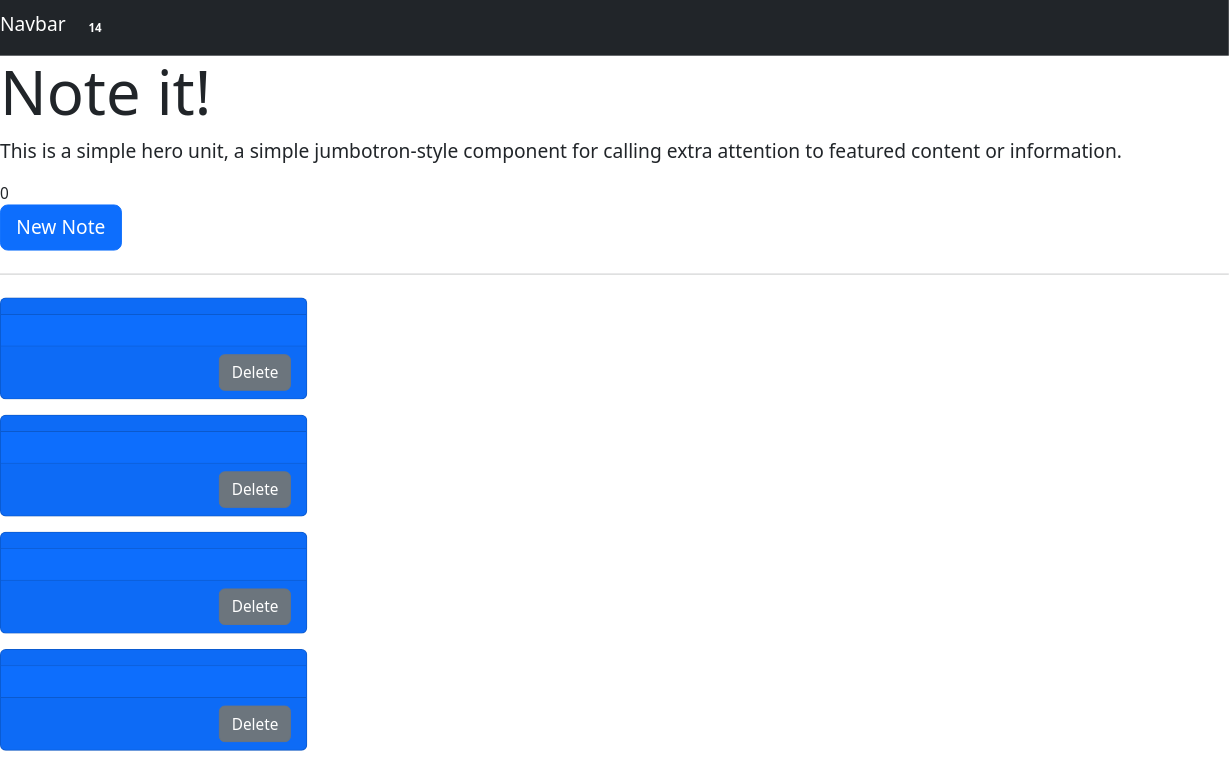
Repository: hasmelash/gitskill
Page: /
The author's editor kept a copy of each file at every save. The page is drawn from the files as they stood at one save, then again after the next save.
The browser window is 1280 px wide. The pictures show the whole page, at 96% of full size.
The project was rebuilt for these pictures with package versions that can differ from the ones it lists, and the page was loaded fresh each time. Also part of the build but not shown: src/App.css.

Above is the page before, as saved 2019-08-30 08:28:18.

### src/App.js
import React from 'react';
import './App.css';
import Navbar from './NavBarComponent/NavBarComponent';
import Notes from './NotesComponent/NotesComponent';
import 'bootstrap/dist/css/bootstrap.min.css';
import 'bootstrap/dist/js/bootstrap.bundle.min';

;class App extends React.Component {
  render(){
      return (
          <div>
            <Navbar fixed = "top"/>
            <Notes />
          </div>
      );
   }
}

export default App;

### src/NavBarComponent/NavBarComponent.js
import React from 'react';
import NoteCounter from '../NoteCounterComponent/NoteCounterComponent';
import 'bootstrap/dist/css/bootstrap.min.css';
import 'bootstrap/dist/js/bootstrap.bundle.min';
class Navbar extends React.Component{
    render(){
        return (
            <nav className="navbar navbar-expand-lg navbar-dark bg-dark">
                <h1 className="navbar-brand" >Navbar</h1>
                <NoteCounter className="container" style={{float: 'right'}}/>
            </nav>
        );
    }
}
export default Navbar;

### src/NotesComponent/NotesComponent.js

import React from 'react';
import 'bootstrap/dist/css/bootstrap.min.css';
import 'bootstrap/dist/js/bootstrap.bundle.min';
import Note from '../NoteComponent/NoteComponent';
class Notes extends React.Component{

    // constructor(props) {
    //     super(props);
    // };

    state = {
        count : 0,
        notes: [
            {title: "Work", note_description: "this is about work"},
            {title: "Sport", note_description: "this is about sport"},
            {title: "School", note_description: "this is about school"}
        ]
    };

    handleIncrement = () => {
        this.setState({ count: this.state.count + 1 })
      }

      handleDecrement = () => {
        this.setState({ count: this.state.count - 1 })
      }
    addNote(){

        this.state.notes.push({title: "School", note_description: "this is about school"});
    }

    removeNote(note){
        this.state.notes.pop(note);
        this.handleDecrement();
    }

    onAddNoteButtonClick = () =>{
        this.child.createNote();
    }
    // obButton(event){
    //     this.onAddNoteButtonClick();
    //     this.handleIncrement();
    // }

    listNotes(){

    }



    render(){
        return (

            <div className="jumbotron">

                <h1 className="display-3">Note it!</h1>
                <p className="lead">This is a simple hero unit, a simple jumbotron-style component for calling extra attention to featured content or information.</p>
                <div>
          {this.state.count}
        </div>
                <p className="lead">
                    <button className="btn btn-primary btn-lg" onClick={this.addNote}>New Note</button>
                </p>
                <hr className="my-4"/>
                <Note
                    ref={Ref => this.child=Ref } {...this.props}
                    addingNote={this.addNote}
                    removingNote={this.removeNote}
                    notes={this.state.notes}

                />
                <p >
                    {this.state.notes.map((note, index) => (
                    <Note key={index} item={note} />
                    ))}
                </p>
            </div>
        );
    }
}
export default Notes;

### src/NoteCounterComponent/NoteCounterComponent.js
import React from 'react';
import 'bootstrap/dist/css/bootstrap.min.css';
import 'bootstrap/dist/js/bootstrap.bundle.min';
function NoteCounter(props){

        return (
                    <span className="badge badge-primary badge-pill">14</span>
        );

}
export default NoteCounter;

### src/NoteComponent/NoteComponent.js

import React from 'react';
import 'bootstrap/dist/css/bootstrap.min.css';
import 'bootstrap/dist/js/bootstrap.bundle.min';
class Note extends React.Component{

    // constructor(props){
    //     super(props);
    // };

    createNote(){
        let newNote= {
            title: 'New Note',
            note_description: 'type your note here'
        }
        this.props.addingNote(newNote);

    }

    deleteNote(note){
        this.props.removingNote(note);
    }

    render(){
        return (

            <div className="card text-white bg-primary mb-3" style={{maxWidth: '20rem'}}>
                <h4 className="card-header"></h4>
                    <div className="card-body">

                        <p className="card-text"></p>
                    </div>
                <div className="card-footer">
                    <button type="button" className="btn btn-secondary" data-dismiss="modal" style={{float: 'right'}} onClick={this.deleteNote}>Delete</button>
                </div>
            </div>

        );
    }
}
export default Note;

Loaded but not shown: public/index.html (common file); src/index.js (common file); src/index.css (common file); src/serviceWorker.js (common file)

After the next save:
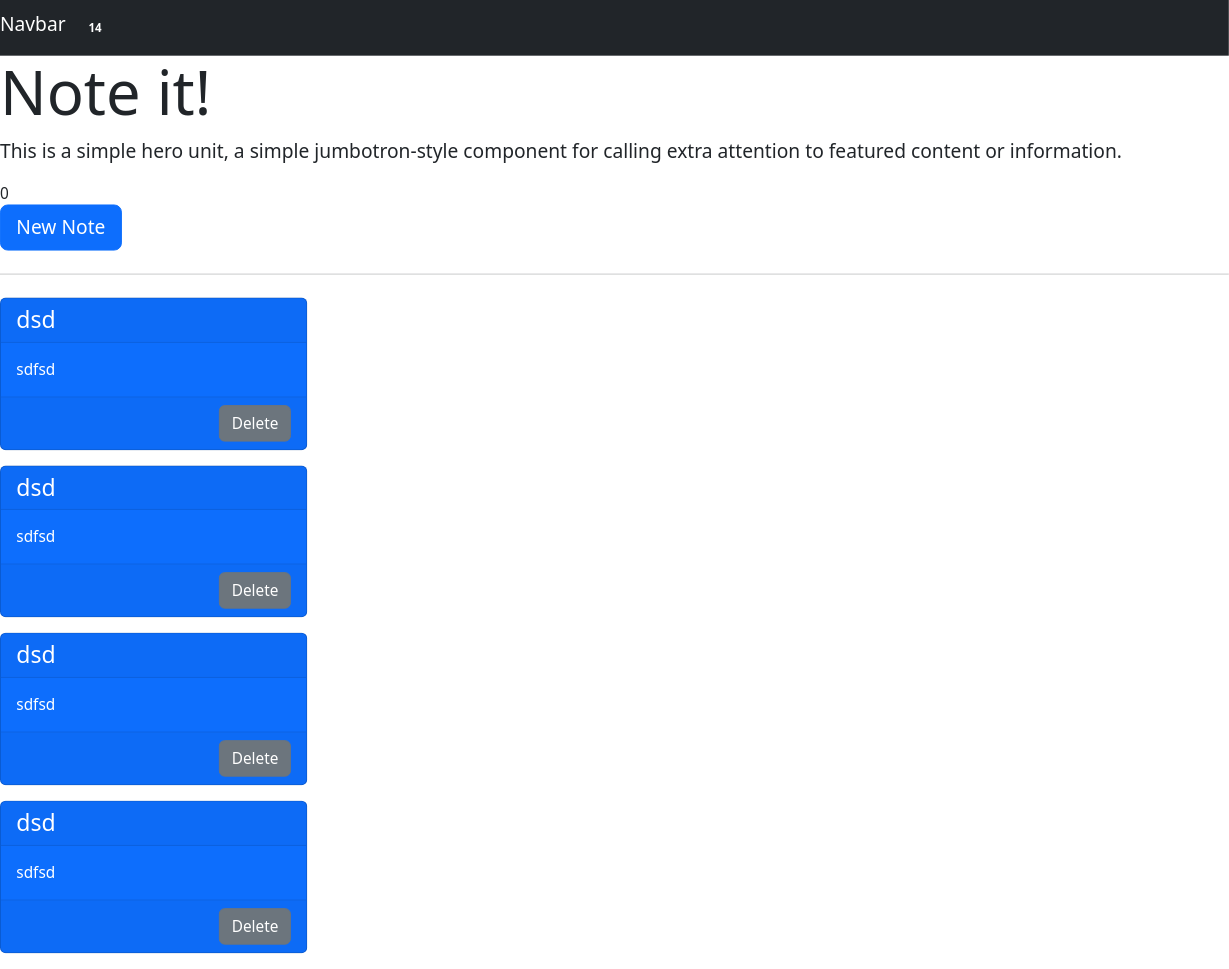
Saved 15 s later.
--- a/src/NoteComponent/NoteComponent.js
+++ b/src/NoteComponent/NoteComponent.js
@@ -25,10 +25,10 @@ class Note extends React.Component{
         return (
 
             <div className="card text-white bg-primary mb-3" style={{maxWidth: '20rem'}}>
-                <h4 className="card-header"></h4>
+                <h4 className="card-header">dsd</h4>
                     <div className="card-body">
 
-                        <p className="card-text"></p>
+                        <p className="card-text">sdfsd</p>
                     </div>
                 <div className="card-footer">
                     <button type="button" className="btn btn-secondary" data-dismiss="modal" style={{float: 'right'}} onClick={this.deleteNote}>Delete</button>
